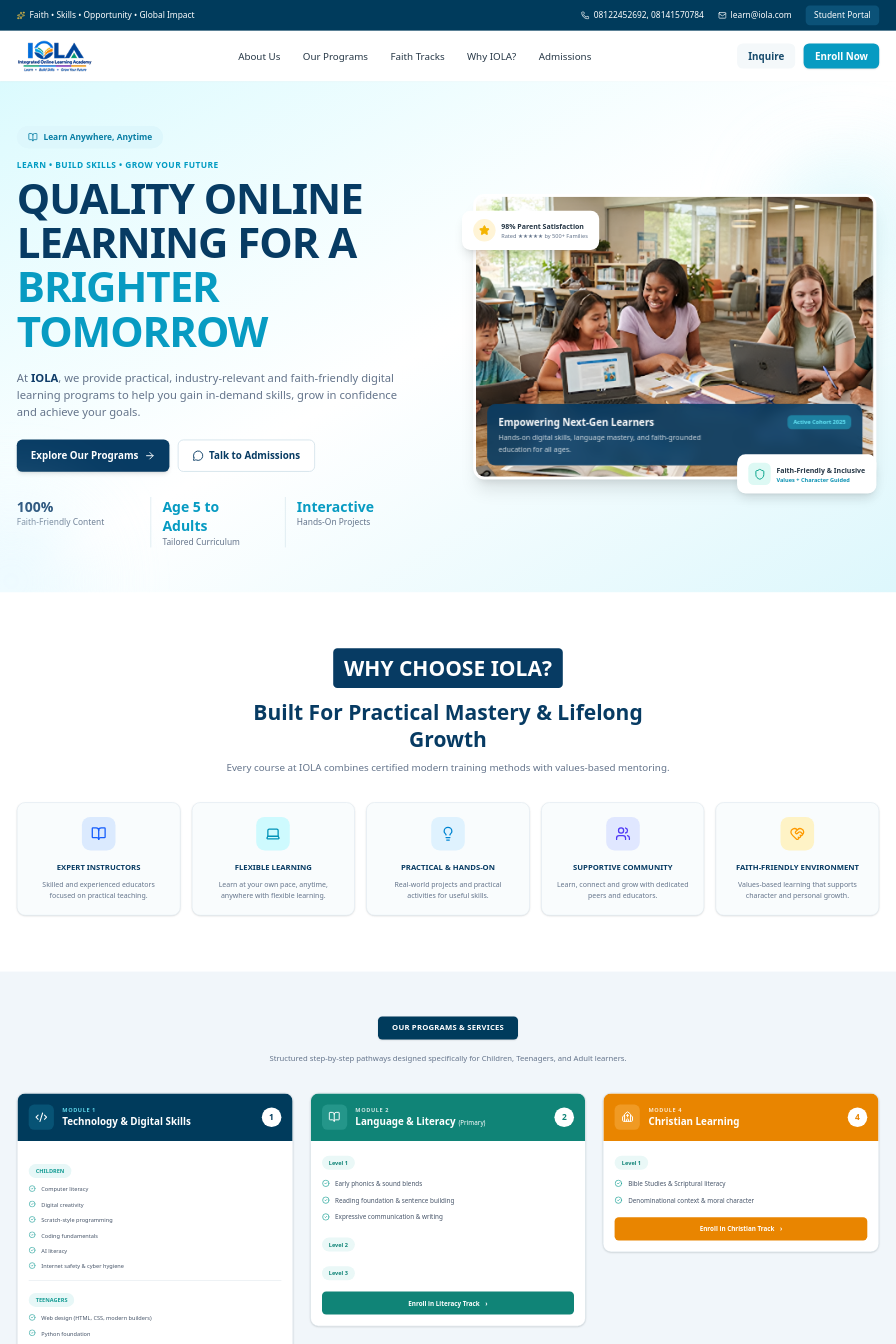
Repository: segunrotini/iola
Page: /about
An editor plug-in stored every save of this project. The page is shown before and after the next save, followed by the edit.
The browser window is 1280 px wide. The pictures show the part of the page from y = 0 to 1920 px (the page is 2720 px tall before and 2737 px after), at 70% of full size.
The project was rebuilt for these pictures with package versions that can differ from the ones it lists, and the page was loaded fresh each time. Also part of the build but not shown: vite.config.ts.

Above is the page before, as saved 2026-10-02 12:50:27.

### index.html
<!doctype html>
<html lang="en">
  <head>
    <meta charset="UTF-8" />
    <link rel="icon" type="image/svg+xml" href="/favicon.svg" />
    <meta name="viewport" content="width=device-width, initial-scale=1.0" />
    <title>integrated-online-learning-academy</title>
  </head>
  <body>
    <div id="root"></div>
    <script type="module" src="/src/main.tsx"></script>
  </body>
</html>

### src/index.css
@import url('https://fonts.googleapis.com/css2?family=Inter:wght@400;500;600;700;800&family=Montserrat:wght@400;500;600;700;800&display=swap');
@import "tailwindcss";

### src/App.tsx


import Homepage from "./components/pages/public/Hompage";
function App() {
  return (
    <Homepage />
  )
}

export default App

### src/components/pages/public/Hompage.tsx
import Topbar from "../../home/topbar"
import Nav from "../../home/Nav"
import HeroSection from "../../home/Hero-section"
import WhyChooseUs from "../../home/WhyChooseUs"
import Programs from "../../home/Programs"
import LearningProcess from "../../home/LearningProcess"
function Homepage() {
  return (
    <>


      <Topbar/>
      <Nav/>
      <HeroSection/>
      <WhyChooseUs/>
      <Programs/>
      <LearningProcess/>
    </>
  )
}
export default Homepage

### src/components/home/topbar.tsx
import { Mail, Phone, Sparkles } from "lucide-react";

const TopBar = () => {
  return (
    <div className="bg-[#003B5C] text-white">
      <div className="mx-auto flex max-w-7xl flex-col gap-2 px-4 py-2 text-[10px] sm:flex-row sm:items-center sm:justify-between sm:px-6 sm:text-xs">
        <div className="flex items-center gap-1.5">
          <Sparkles size={12} className="text-[#F4C542]" />
          <span>Faith • Skills • Opportunity • Global Impact</span>
        </div>

        <div className="flex flex-col items-start gap-2 sm:flex-row sm:items-center sm:gap-5">
          <a
            href="tel:+2348122452692"
            className="flex items-center gap-1.5 transition hover:text-[#5DE1E6]"
          >
            <Phone size={12} />
            <span>08122452692, 08141570784</span>
          </a>

          <a
            href="mailto:learn@iola.com"
            className="flex items-center gap-1.5 transition hover:text-[#5DE1E6]"
          >
            <Mail size={12} />
            <span>learn@iola.com</span>
          </a>

          <a
            href="#student-portal"
            className="rounded-md bg-[#0B5278] px-3 py-1.5 font-medium transition hover:bg-[#08658F]"
          >
            Student Portal
          </a>
        </div>
      </div>
    </div>
  );
};

export default TopBar;

### src/components/home/Nav.tsx
import { Menu, X } from "lucide-react";
import { useState } from "react";
import logo from "../../assets/logo.png";

const Navbar = () => {
  const [isOpen, setIsOpen] = useState(false);

  return (
    <nav className="relative bg-white shadow-sm">
      <div className="mx-auto flex max-w-7xl items-center justify-between px-4 py-3 sm:px-6">
        <a href="/" className="flex items-center">
          <img

            src={logo}
            alt="logo"
            className="h-12 w-auto object-contain"
          />
        </a>

        <div className="hidden items-center gap-8 lg:flex">
          <a
            href="#about"
            className="text-sm font-medium text-[#263746] transition hover:text-[#008DB2]"
          >
            About Us
          </a>

          <a
            href="#programs"
            className="text-sm font-medium text-[#263746] transition hover:text-[#008DB2]"
          >
            Our Programs
          </a>

          <a
            href="#faith-tracks"
            className="text-sm font-medium text-[#263746] transition hover:text-[#008DB2]"
          >
            Faith Tracks
          </a>

          <a
            href="#why-iola"
            className="text-sm font-medium text-[#263746] transition hover:text-[#008DB2]"
          >
            Why IOLA?
          </a>

          <a
            href="#admissions"
            className="text-sm font-medium text-[#263746] transition hover:text-[#008DB2]"
          >
            Admissions
          </a>
        </div>

        <div className="hidden items-center gap-3 lg:flex">
          <a
            href="#inquire"
            className="rounded-lg bg-[#F4F8FA] px-4 py-2 text-sm font-semibold text-[#164A6B] transition hover:bg-[#E8F1F5]"
          >
            Inquire
          </a>

          <a
            href="#enroll"
            className="rounded-lg bg-[#079BC2] px-4 py-2 text-sm font-semibold text-white shadow-sm transition hover:bg-[#0789AB]"
          >
            Enroll Now
          </a>
        </div>

        <button
          type="button"
          onClick={() => setIsOpen(!isOpen)}
          className="rounded-lg p-2 text-[#003B5C] lg:hidden"
          aria-label="Toggle navigation"
        >
          {isOpen ? <X size={24} /> : <Menu size={24} />}
        </button>
      </div>

      {isOpen && (
        <div className="border-t border-gray-100 bg-white px-4 pb-5 pt-3 lg:hidden">
          <div className="flex flex-col gap-1">
            <a
              href="#about"
              onClick={() => setIsOpen(false)}
              className="rounded-lg px-3 py-3 text-sm font-medium text-[#263746] hover:bg-[#F4F8FA]"
            >
              About Us
            </a>

            <a
              href="#programs"
              onClick={() => setIsOpen(false)}
              className="rounded-lg px-3 py-3 text-sm font-medium text-[#263746] hover:bg-[#F4F8FA]"
            >
              Our Programs
            </a>

            <a
              href="#faith-tracks"
              onClick={() => setIsOpen(false)}
              className="rounded-lg px-3 py-3 text-sm font-medium text-[#263746] hover:bg-[#F4F8FA]"
            >
              Faith Tracks
            </a>

            <a
              href="#why-iola"
              onClick={() => setIsOpen(false)}
              className="rounded-lg px-3 py-3 text-sm font-medium text-[#263746] hover:bg-[#F4F8FA]"
            >
              Why IOLA?
            </a>

            <a
              href="#admissions"
              onClick={() => setIsOpen(false)}
              className="rounded-lg px-3 py-3 text-sm font-medium text-[#263746] hover:bg-[#F4F8FA]"
            >
              Admissions
            </a>

            <div className="mt-2 flex gap-3 border-t border-gray-100 pt-4">
              <a
                href="#inquire"
                className="flex-1 rounded-lg bg-[#F4F8FA] px-4 py-2.5 text-center text-sm font-semibold text-[#164A6B]"
              >
                Inquire
              </a>

              <a
                href="#enroll"
                className="flex-1 rounded-lg bg-[#079BC2] px-4 py-2.5 text-center text-sm font-semibold text-white"
              >
                Enroll Now
              </a>
            </div>
          </div>
        </div>
      )}
    </nav>
  );
};

export default Navbar;

### src/components/home/Hero-section.tsx
import {
    ArrowRight,
    BookOpen,
    Shield,
    MessageCircle,
    Star,
} from "lucide-react";
import student from "../../assets/student.png";

const Hero = () => {
    return (
        <section className="relative overflow-hidden bg-gradient-to-br from-[#A5F3FC66] via-white to-[#DDF7FC]">
            <div className="mx-auto max-w-7xl px-4 py-12 sm:px-6 lg:py-16">
                <div className="grid items-center gap-10 lg:grid-cols-2 lg:gap-16">
                    <div>
                        <div className="mb-4 inline-flex items-center gap-2 rounded-full bg-[#DDF7FC] px-4 py-2 text-xs font-semibold text-[#087EA4]">
                            <BookOpen size={14} />
                            Learn Anywhere, Anytime
                        </div>

                        <p className="mb-2 text-xs font-bold uppercase tracking-wider text-[#009BC2]">
                            Learn • Build Skills • Grow Your Future
                        </p>

                        <h1 className="max-w-2xl text-4xl font-extrabold leading-[1.05] tracking-tight text-[#073B63] sm:text-5xl lg:text-6xl">
                            QUALITY ONLINE
                            <br />
                            LEARNING FOR A
                            <br />
                            <span className="text-[#079BC2]">BRIGHTER</span>
                            <br />
                            <span className="text-[#079BC2]">TOMORROW</span>
                        </h1>

                        <p className="mt-6 max-w-xl text-sm leading-6 text-[#64748B] sm:text-base">
                            At <span className="font-bold text-[#0E3B68]">IOLA</span>, we provide practical, industry-relevant and
                            faith-friendly digital learning programs to help you gain
                            in-demand skills, grow in confidence and achieve your goals.
                        </p>

                        <div className="mt-7 flex flex-wrap gap-3">
                            <a
                                href="#programs"
                                className="inline-flex items-center gap-2 rounded-lg bg-[#073B63] px-5 py-3 text-sm font-semibold text-white shadow-md transition hover:bg-[#052E4E]"
                            >
                                Explore Our Programs
                                <ArrowRight size={16} />
                            </a>

                            <a
                                href="#admissions"
                                className="inline-flex items-center gap-2 rounded-lg border border-[#C9DCE5] bg-white px-5 py-3 text-sm font-semibold text-[#073B63] transition hover:bg-[#F5FAFC]"
                            >
                                <MessageCircle size={16} />
                                Talk to Admissions
                            </a>
                        </div>

                        <div className="mt-9 grid max-w-xl grid-cols-3 divide-x divide-[#D8E7ED]">
                            <div className="pr-4">
                                <p className="text-xl font-extrabold text-[#0E3B68]">100%</p>
                                <p className="text-[10px] font-medium text-[#64748B] sm:text-xs">
                                    Faith-Friendly Content
                                </p>
                            </div>

                            <div className="px-4">
                                <p className="text-xl font-extrabold text-[#079BC2]">
                                    Age 5 to <br />
                                    Adults
                                </p>
                                <p className="text-[10px] font-medium text-[#64748B] sm:text-xs">
                                    Tailored Curriculum
                                </p>
                            </div>

                            <div className="pl-4">
                                <p className="text-xl font-extrabold text-[#079BC2]">
                                    Interactive
                                </p>
                                <p className="text-[10px] font-medium text-[#64748B] sm:text-xs">
                                    Hands-On Projects
                                </p>
                            </div>
                        </div>
                    </div>

                    <div className="relative mx-auto w-full max-w-xl">
                        <div className="absolute -right-8 -top-8 h-40 w-40 rounded-full bg-[#BDF3FA] opacity-60 blur-3xl" />

                        <div className="relative">
                            <div className="absolute -left-4 top-6 z-10 rounded-xl bg-white px-4 py-3 shadow-lg">
                                <div className="flex items-center gap-2">
                                    <div className="flex h-8 w-8 items-center justify-center rounded-full bg-[#FFF4D6]">
                                        <Star size={16} className="fill-[#F4B400] text-[#F4B400]" />
                                    </div>

                                    <div>
                                        <p className="text-[10px] font-bold text-[#263746]">
                                            98% Parent Satisfaction
                                        </p>
                                        <p className="text-[8px] text-[#64748B]">
                                            Rated ★★★★★ by 500+ Families
                                        </p>
                                    </div>
                                </div>
                            </div>

                            <div className="overflow-hidden rounded-2xl border-4 border-white bg-white shadow-xl">
                                <img
                                    src={student}
                                    alt="student"
                                    className="h-[330px] w-full object-cover sm:h-[400px]"
                                />

                                <div className="absolute bottom-5 left-5 right-5 rounded-xl bg-[#073B63]/90 p-4 text-white backdrop-blur-sm">
                                    <div className="flex items-start justify-between gap-4">
                                        <div>
                                            <p className="text-sm font-bold">
                                                Empowering Next-Gen Learners
                                            </p>

                                            <p className="mt-1 max-w-xs text-[10px] leading-4 text-white/80">
                                                Hands-on digital skills, language mastery, and faith-grounded
                                                education for all ages.
                                            </p>
                                        </div>

                                        <div className="shrink-0 rounded-md bg-[#22D3EE66] px-2 py-1 text-[8px] font-semibold text-[#67E8F9]">
                                            Active Cohort 2025
                                        </div>
                                    </div>
                                </div>
                            </div>

                            <div className="absolute -bottom-5 -right-3 flex items-center gap-2 rounded-xl bg-white px-4 py-3 shadow-lg sm:right-0">
                                <div className="flex h-8 w-8 items-center justify-center rounded-lg bg-[#DDF9F4]">
                                    <Shield size={17} className="text-[#0BA58D]" />
                                </div>

                                <div>
                                    <p className="text-[10px] font-bold text-[#263746]">
                                        Faith-Friendly & Inclusive
                                    </p>
                                    <p className="text-[8px] text-[#0891B2] font-bold">
                                        Values + Character Guided
                                    </p>
                                </div>
                            </div>
                        </div>
                    </div>
                </div>
            </div>

            <div className="absolute -bottom-20 -left-20 h-48 w-48 rounded-full bg-[#D8F5FF] opacity-60 blur-3xl" />
        </section>
    );
};

export default Hero;

### src/components/home/WhyChooseUs.tsx
import {
  BookOpen,
  HeartHandshake,
  Laptop,
  Lightbulb,
  Users,
} from "lucide-react";

const features = [
  {
    icon: BookOpen,
    title: "EXPERT INSTRUCTORS",
    description:
      "Skilled and experienced educators focused on practical teaching.",
    iconBg: "bg-blue-100",
    iconColor: "text-blue-600",
  },
  {
    icon: Laptop,
    title: "FLEXIBLE LEARNING",
    description:
      "Learn at your own pace, anytime, anywhere with flexible learning.",
    iconBg: "bg-cyan-100",
    iconColor: "text-cyan-600",
  },
  {
    icon: Lightbulb,
    title: "PRACTICAL & HANDS-ON",
    description:
      "Real-world projects and practical activities for useful skills.",
    iconBg: "bg-sky-100",
    iconColor: "text-sky-600",
  },
  {
    icon: Users,
    title: "SUPPORTIVE COMMUNITY",
    description:
      "Learn, connect and grow with dedicated peers and educators.",
    iconBg: "bg-indigo-100",
    iconColor: "text-indigo-600",
  },
  {
    icon: HeartHandshake,
    title: "FAITH-FRIENDLY ENVIRONMENT",
    description:
      "Values-based learning that supports character and personal growth.",
    iconBg: "bg-amber-100",
    iconColor: "text-amber-500",
  },
];

const WhyChooseUs = () => {
  return (
    <section  className="bg-white py-16 sm:py-20">
      <div className="mx-auto max-w-7xl px-4 sm:px-6">
        <div className="mx-auto max-w-2xl text-center">
          <span className="inline-flex items-center rounded-md bg-[#073B63] px-4 py-1.5 text-[30px] font-bold text-white">
            WHY CHOOSE IOLA?
          </span>

          <h2 className="mt-4 text-2xl font-extrabold leading-tight text-[#073B63] sm:text-3xl">
            Built For Practical Mastery & Lifelong
            <br className="hidden sm:block" />
            Growth
          </h2>

          <p className="mt-3 text-xs leading-5 text-[#64748B] sm:text-sm">
            Every course at IOLA combines certified modern training methods
            with values-based mentoring.
          </p>
        </div>

        <div className="mt-10 grid gap-4 sm:grid-cols-2 lg:grid-cols-5">
          {features.map((feature) => {
            const Icon = feature.icon;

            return (
              <div
                key={feature.title}
                className="rounded-xl border border-[#E4EDF2] bg-[#F9FCFD] p-5 text-center shadow-sm transition duration-300 hover:-translate-y-1 hover:shadow-md"
              >
                <div
                  className={`mx-auto flex h-12 w-12 items-center justify-center rounded-xl ${feature.iconBg}`}
                >
                  <Icon size={22} className={feature.iconColor} />
                </div>

                <h3 className="mt-4 text-[11px] font-extrabold leading-4 text-[#073B63]">
                  {feature.title}
                </h3>

                <p className="mt-2 text-[10px] leading-4 text-[#64748B]">
                  {feature.description}
                </p>
              </div>
            );
          })}
        </div>
      </div>
    </section>
  );
};

export default WhyChooseUs;

### src/components/home/LearningProcess.tsx

const learningSteps = [
  {
    number: "01",
    title: "Needs Assessment",
    description:
      "Initial diagnostic test to match your learner to the right level and mentor.",
  },
  {
    number: "02",
    title: "Live Interactive Classes",
    description:
      "Engaging, small-color video sessions with active core ideas and instant feedback.",
  },
  {
    number: "03",
    title: "Guided Project Work",
    description:
      "Students build websites, apps, fluency, or skills while practicing challenges and guidance.",
  },
  {
    number: "04",
    title: "Progress Reports & Certs",
    description:
      "Periodic parent reports, milestone tracking, and accredited course completion awards.",
  },
];

const LearningProcess = () => {
  return (
    <section className="bg-white py-16 sm:py-20">
      <div className="mx-auto max-w-7xl px-4 sm:px-6">
        <div className="mx-auto max-w-2xl text-center">
          <p className="text-[9px] font-bold uppercase tracking-[0.18em] text-[#079BC2]">
            The IOLA Experience
          </p>

          <h2 className="mt-2 text-2xl font-extrabold leading-tight text-[#073B63] sm:text-3xl">
            How Online Learning Works With Us
          </h2>

          <p className="mt-2 text-[10px] leading-5 text-[#64748B] sm:text-xs">
            Designed for maximum retention, practical versatility, and student
            confidence.
          </p>
        </div>

        <div className="mt-8 grid gap-4 sm:grid-cols-2 lg:grid-cols-4">
          {learningSteps.map((step) => (
            <div
              key={step.number}
              className="rounded-xl border border-[#E3ECF1] bg-[#F7FAFC] p-4 shadow-sm"
            >
              <div className="flex h-7 w-7 items-center justify-center rounded-md bg-[#E1F3FA] text-[10px] font-extrabold text-[#079BC2]">
                {step.number}
              </div>

              <h3 className="mt-4 text-[10px] font-extrabold text-[#073B63] sm:text-[11px]">
                {step.title}
              </h3>

              <p className="mt-2 text-[9px] leading-4 text-[#64748B] sm:text-[10px]">
                {step.description}
              </p>
            </div>
          ))}
        </div>
      </div>
    </section>
  );
};

export default LearningProcess;

Loaded but not shown: src/main.tsx (common file); src/components/home/Programs.tsx (316 lines, source omitted)

After the next save:
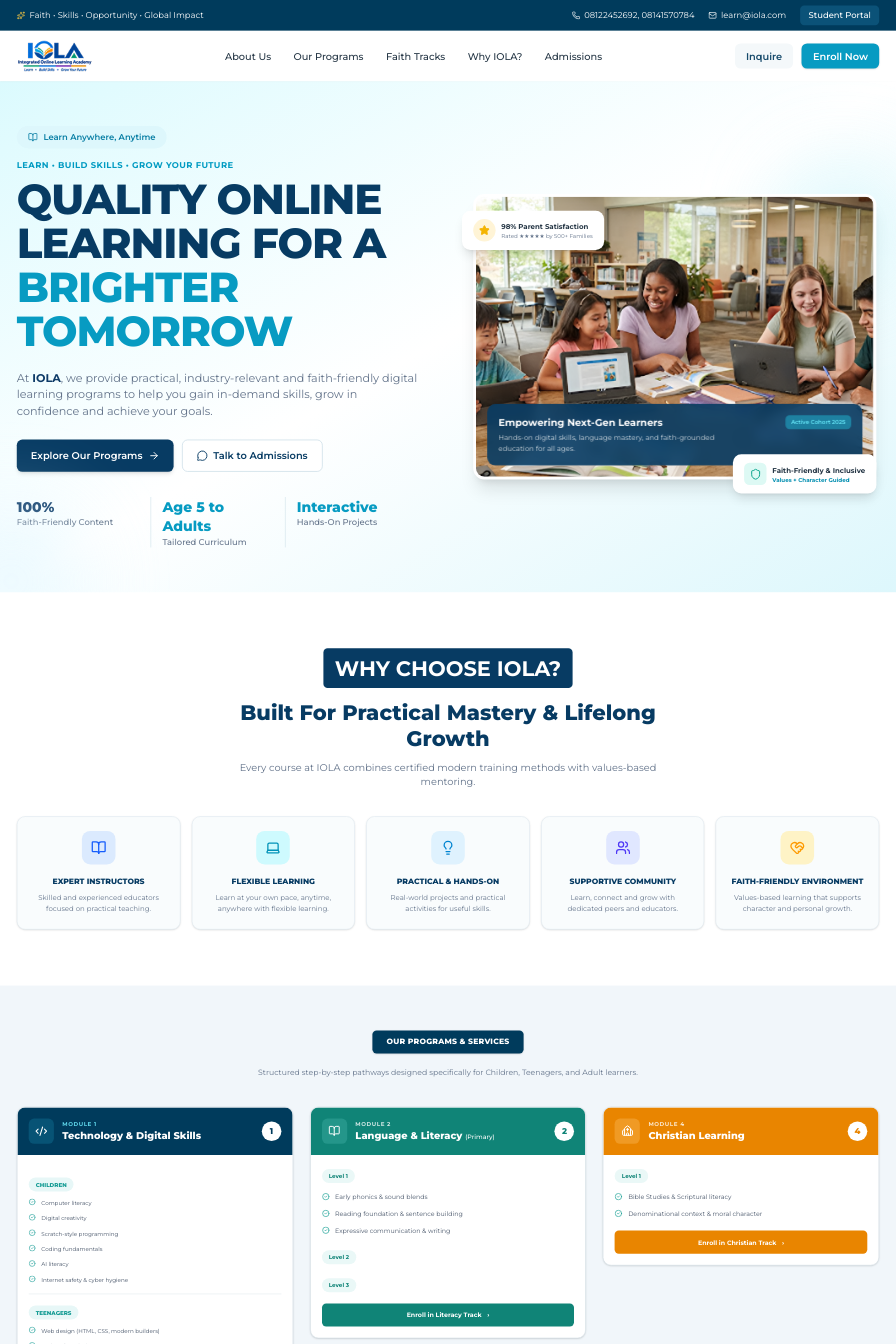
Saved 4 min 36 s later.
--- a/src/index.css
+++ b/src/index.css
@@ -1,2 +1,6 @@
-@import url('https://fonts.googleapis.com/css2?family=Inter:wght@400;500;600;700;800&family=Montserrat:wght@400;500;600;700;800&display=swap');
+@import url('https://fonts.googleapis.com/css2?family=Montserrat:wght@400;500;600;700;800&display=swap');
 @import "tailwindcss";
+
+:root {
+	font-family: "Montserrat", sans-serif;
+}
